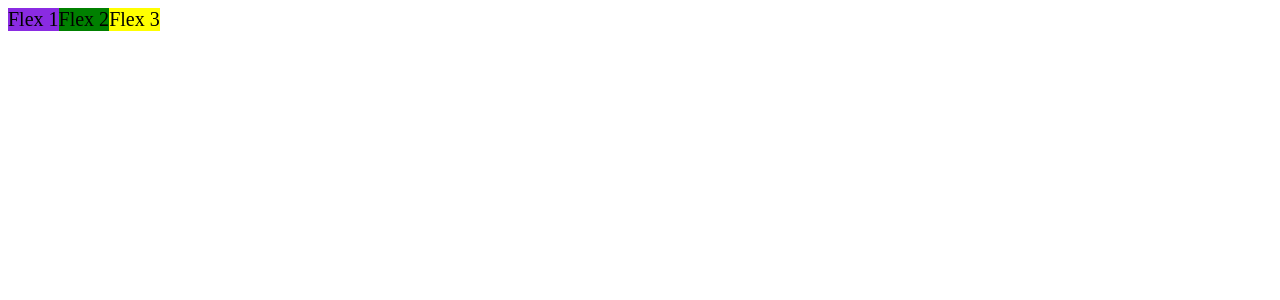
Repository: Kubraaygun/Html_Css_Login
Page: index.html
These files come from the project's save history. The page is drawn as it stood at one moment and after the next save; the edit follows.
The browser window is 1280 px wide. The pictures show the whole page.

Above is the page before, as saved 2025-03-05 17:24:32.

### index.html
<!DOCTYPE html>
<html lang="en">
  <head>
    <meta charset="UTF-8" />
    <meta name="viewport" content="width=device-width, initial-scale=1.0" />
    <title>HTML</title>
    <link rel="stylesheet" href="style.css" />
  </head>

  <body>
    <div
      style="display: flex;
    border: 3px solid black
    justify-content: flex-end
    "
    >
      <div style="background-color: blueviolet">Flex 1</div>
      <div style="background-color: green">Flex 2</div>
      <div style="background-color: yellow">Flex 3</div>
    </div>
  </body>
</html>

### style.css
body {
  font-size: 20px;
}
.h1:hover {
  background-color: purple;
}
#h1:hover {
  color: purple;
}
.link:hover {
  text-decoration: none;
}

ol {
  background-color: pink;
  margin: 30px 0 20px 10px;
  border: 15px double red;
}

ul {
  background-color: blue;
  margin: 20px;
  border-radius: 20px 0 50px 10px;
}
li {
  padding: 20px;
  margin: 10px;
}

After the next save:
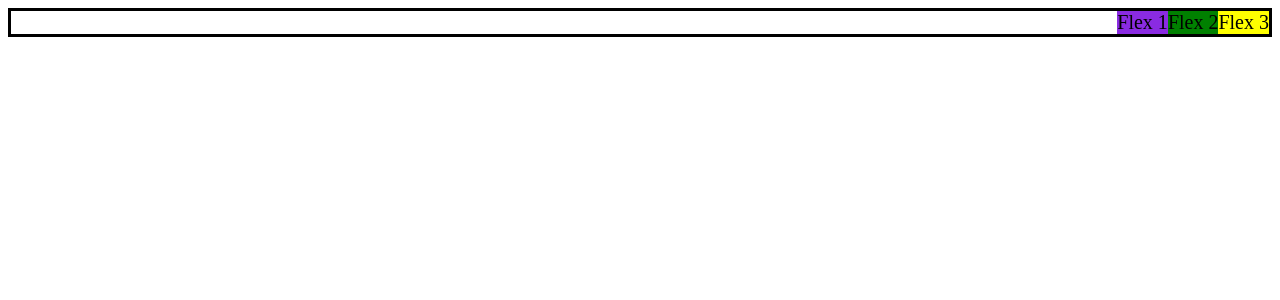
Saved 4 s later.
--- a/index.html
+++ b/index.html
@@ -9,10 +9,7 @@
 
   <body>
     <div
-      style="display: flex;
-    border: 3px solid black
-    justify-content: flex-end
-    "
+      style="display: flex; border: 3px solid black; justify-content: flex-end"
     >
       <div style="background-color: blueviolet">Flex 1</div>
       <div style="background-color: green">Flex 2</div>
